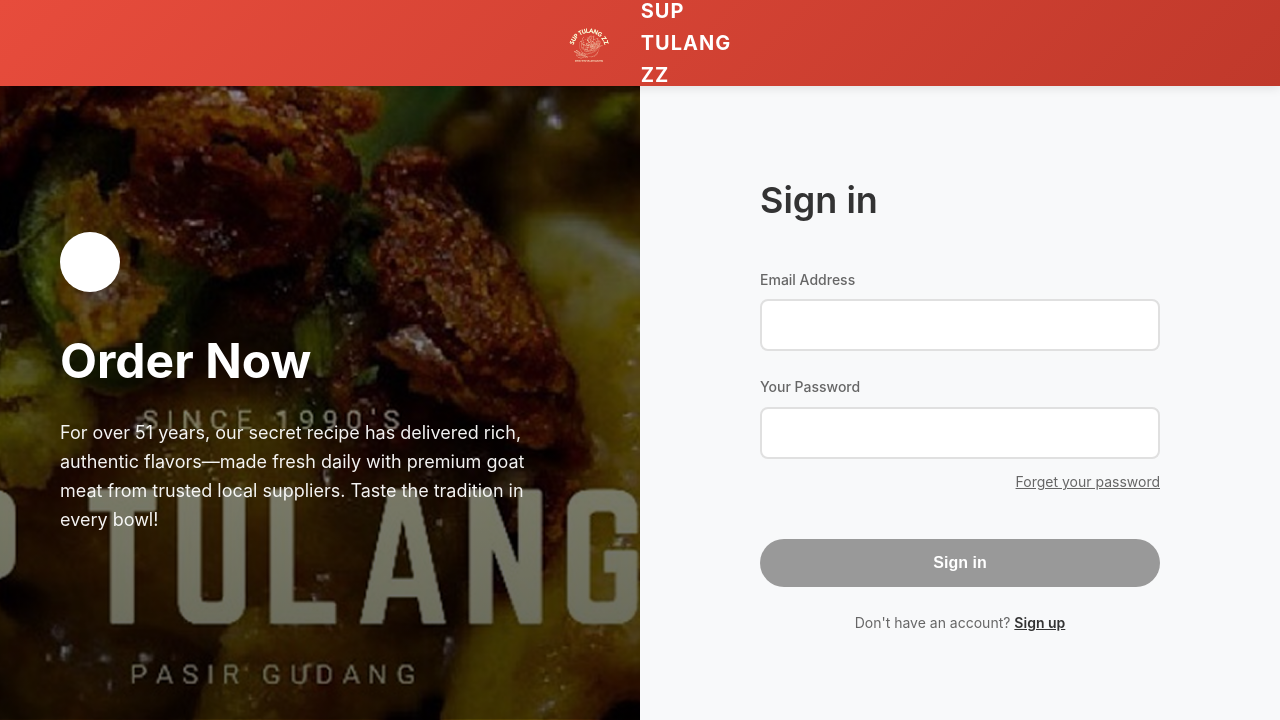
Repository: YIsheng2002/web-frontend
Page: view/member/userLogin.html
An editor plug-in stored every save of this project. The page is shown before and after the next save, followed by the edit.
The browser window is 1280 px wide. The pictures show the whole page.

Above is the page before, as saved 2025-06-13 23:29:49.

After the next save:
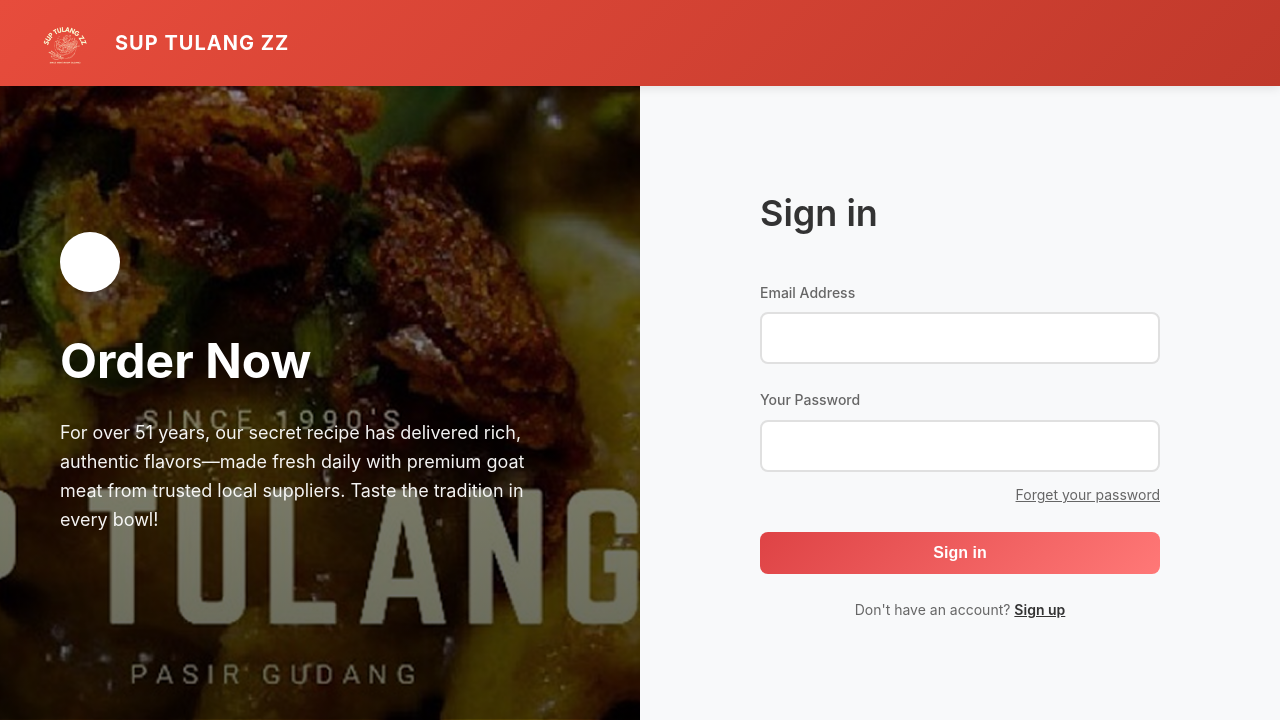
Saved 43 s later.
--- a/view/member/userLogin.html
+++ b/view/member/userLogin.html
@@ -10,9 +10,9 @@
 <body>
     <!-- Header -->
     <header class="header">
-        <div class="header-content">
-            <div class="logo">
-                <img src="../../assets/images/logo.png" alt="SUP TULANG ZZ Logo" class="logo-img">
+        <div class="header-right">
+            <div class="logo-section">
+                <img src="../../assets/images/logo.png" alt="SUP TULANG ZZ Logo" class="logo">
                 <span class="logo-text">SUP TULANG ZZ</span>
             </div>
             <div class="header-right">
@@ -55,7 +55,7 @@
                     </div>
                 </div>
 
-                <button type="submit" class="signin-button">Sign in</button>
+                <button type="submit" class="btn-primary">Sign in</button>
 
                 <div class="signup-link">
                     Don't have an account? <a href="userSignUp.html">Sign up</a>
